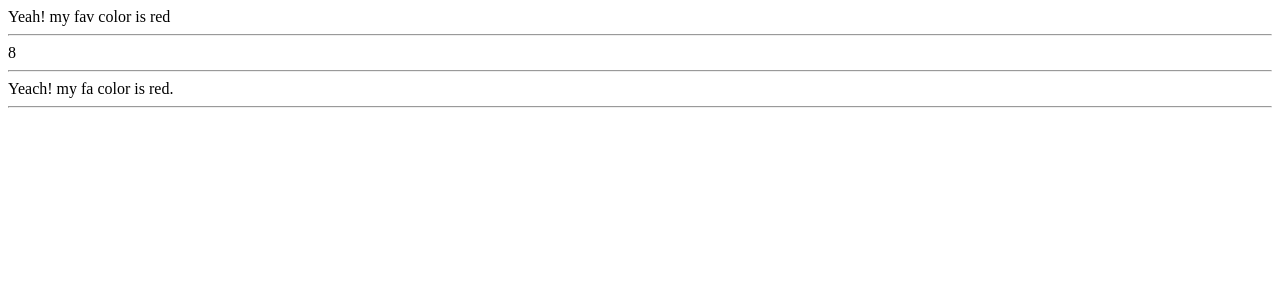
Repository: hsumyatm7308/PHP
Page: http://localhost/l38trycatch.php
The author's editor kept a copy of each file at every save. The page is drawn from the files as they stood at one save, then again after the next save.
The browser window is 1280 px wide. The pictures show the whole page.
The page is run by PHP 8.4 with error messages shown; the project is at /var/www/html/.

Above is the page before, as saved 2023-05-12 17:46:23.

### part1/l38trycatch.php
<?php

ini_set("display_errors",1);

function mycolor($col){
   if($col !== "red"){
    throw new Exception("I hate $col color");
   }

   return "Yeah! my fav color is $col";
}

echo mycolor("red");

echo "<hr>";

function mynum($base,$power){

    if($power > 3){
        throw new Exception("We not allow over $power");
    }

    $result = pow($base,$power);

    return $result;
}

echo mynum(2,3);

echo "<hr>";

// => try..catch Statement
// try{
// //    code to be exectued
// }catch(Exception $e){
//     //   code to be exception is caught
// }


function mycolour($col){
    if($col !== "red"){
        throw new Exception("I hate $col color.");
    }

    return "Yeach! my fa color is $col.";
}


try{
   echo mycolour("red");
}catch(Exception $e){
   echo "You should not try with this color.";
}

echo "<hr>";


?>

After the next save:
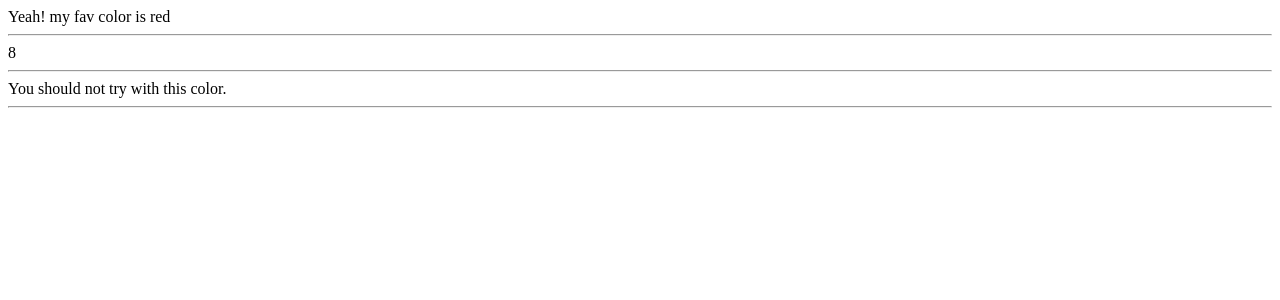
Saved 20 s later.
--- a/part1/l38trycatch.php
+++ b/part1/l38trycatch.php
@@ -47,7 +47,7 @@ function mycolour($col){
 
 
 try{
-   echo mycolour("red");
+   echo mycolour("black");
 }catch(Exception $e){
    echo "You should not try with this color.";
 }
